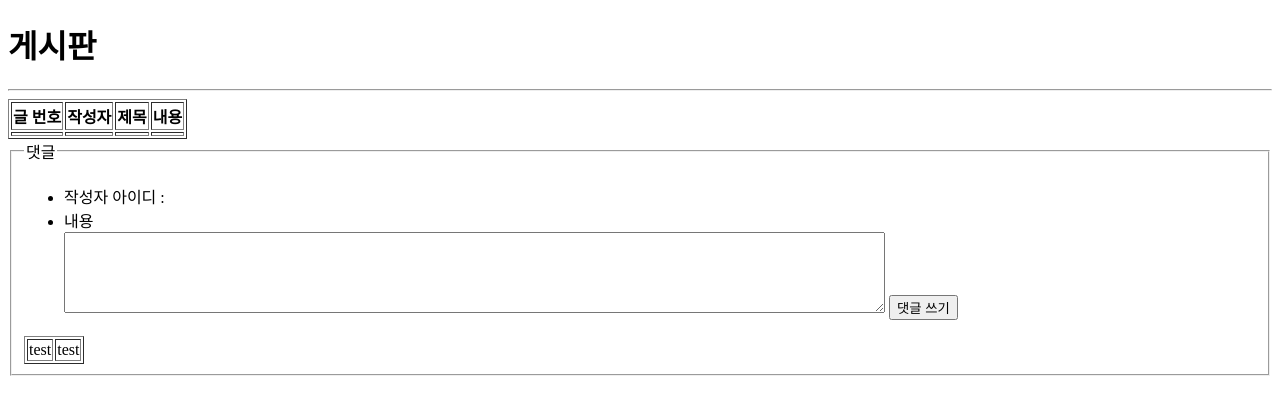
Repository: khy4701/JavaServerPage-Servlet
Page: http://localhost/07.BoardProejct/View.jsp
These files come from the project's save history. The page is drawn as it stood at one moment and after the next save; the edit follows.
The browser window is 1280 px wide. The pictures show the whole page.
The page is served by Tomcat 9. Other server files are loaded and not shown.

Above is the page before, as saved 2016-07-27 06:23:24.

### 07.BoardProejct/WebContent/View.jsp
<%@ page language="java" contentType="text/html; charset=UTF-8"
    pageEncoding="UTF-8"%>
<%@ taglib uri="http://java.sun.com/jsp/jstl/core" prefix="c" %>

<!DOCTYPE html>
<html>
<head>
<meta charset="UTF-8">
<title>Insert title here</title>

<script src= "js/jquery-3.1.0.js"></script>
<script>
// JQuery를 이용한 Ajax 구현

$(function(){

	$("#btnSubmit").click(function(){
		$.ajax({
			// 보낼 URL
			url : "reply.kitri",

			// 같이 보낼 Data
			data : {"boardNum": $("#boardNum").val() , "id": $("#id").val() , "content": $("#content").val() },

			dataType : "json",
			// 성공 했을 때
			success: function(data){
				console.log(data);

				// view.jsp의 div 태그의 아이디를 읽어서 비워버림
				$("#list").empty();

				var str ="<table border = '1'>";

				// JQuery에서 제공하는 반복문 함수. -> Json 데이터(data)의 갯수 만큼 자동 반복함.
				$.each(data, function(index, obj){

					str+="<tr><td>"+index+"</td>";
					str+="<td>"+obj.id+"</td>";
					str+="<td>"+obj.content+"</td>";
					str+="<td>"+obj.write_date+"</td>";
					str+="<td><input type='hidden' id= 'replyNum' value= '"+ obj.num +"''></td>";
					str+="<td><input type='button' id= 'btnDelete' value='삭제'></td>";
					str+="</tr>";
				});

				str+="</table>";
				// append를 하게 되면, 아래에 정의된 div 태그에 추가됨
				$("#list").append(str);
			},
			// 실패 했을 때
			error : function(){
				alert("add_fail");
			}
		});


	// 동적으로 만들어진 아이디를 제거 할 경우엔, 이벤트를 붙여서 수행해야함.
	$("#list").on("click","#btnDelete",function(){
			$.ajax({
				// 보낼 URL
				url : "replyDelete.kitri",
				data : {"replyNum": $("#replyNum").val(), "boardNum": $("#boardNum").val()},
				dataType : "json",
				success: function(data){
					// view.jsp의 div 태그의 아이디를 읽어서 비워버림
					$("#list").empty();

					var str ="<table border = '1'>";

					// JQuery에서 제공하는 반복문 함수. -> Json 데이터(data)의 갯수 만큼 자동 반복함.
					$.each(data, function(index, obj){

						str+="<tr><td>"+index+"</td>";
						str+="<td>"+obj.id+"</td>";
						str+="<td>"+obj.content+"</td>";
						str+="<td>"+obj.write_date+"</td>";
						str+="<td><input type='hidden' id= 'replyNum' value= '"+ obj.num +"''></td>";
						str+="<td><input type='button' id= 'btnDelete' value='삭제'></td>";
						str+="</tr>";
					});

					str+="</table>";
					// append를 하게 되면, 아래에 정의된 div 태그에 추가됨
					$("#list").append(str);
				},
				error : function(data){
					console.log(data);
				}
			});
			// 트리구조
			/*
			   table - tr - td(1) : index
			                td(2) : id
			                td(3) : content
			                td(4) : date
			                td(4) : 삭제 버튼
			*/
			// $(this) -- 삭제 버튼
			// $(this).parent(): td(5)
			// $(this).parent().prev() : td(4)
			// $(this).parent().prev().text : content
		});
	});
});

</script>

</head>
<body>

	<h1>게시판</h1>
	<hr>

	<c:set var="content" value="${requestScope.ContentInfo}" />
	<table border="1">

		<tr>
			<th>글 번호</th>
			<th>작성자</th>
			<th>제목</th>
			<th>내용</th>
		</tr>

		<tr>
			<td align="center">${content.num }</td>
			<td align="center">${content.name }</td>
			<td align="center">${content.title }</td>
			<td align="center">${content.content }</td>
	</table>

	<fieldset>
		<legend>댓글 </legend>
		<form>

			<!-- 세션에 저장된 아이디를 Ajax로 읽어오기 위해서 hidden 을 이용하여 id를 지정 -->
			<input type="hidden" id="id" value="${sessionScope.id}"> <input
				type="hidden" id="boardNum" value="${content.num}">

			<ul>
				<li>작성자 아이디 : ${content.id}</li>

				<!-- name : Form 태그에서 사용, id : Ajax에서 사용 -->
				<li>내용 <br>
					<textarea rows="5" cols="100" name="content" id="content"></textarea>
					<input type="button" value="댓글 쓰기" id="btnSubmit">
				</li>
			</ul>
		</form>

		<div id="list">
			<table border="1">
				<tr>
					<td>test</td>
					<td>test</td>
				</tr>
			</table>
		</div>
	</fieldset>
</body>
</html>

Loaded but not shown: 07.BoardProejct/WebContent/js/jquery-3.1.0.js (library)

After the next save:
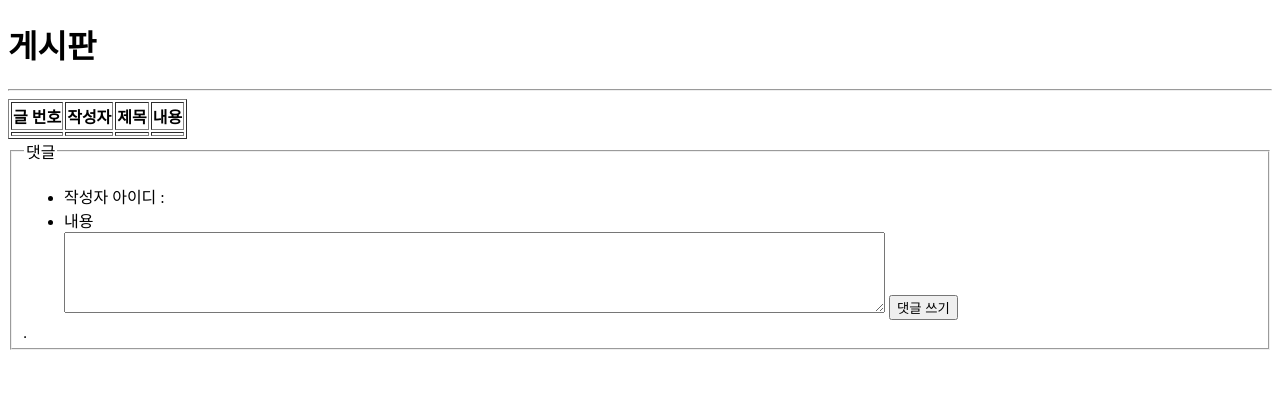
Saved 75 s later.
--- a/07.BoardProejct/WebContent/View.jsp
+++ b/07.BoardProejct/WebContent/View.jsp
@@ -151,8 +151,7 @@ $(function(){
 		<div id="list">
 			<table border="1">
 				<tr>
-					<td>test</td>
-					<td>test</td>
+
 				</tr>
 			</table>
 		</div>
